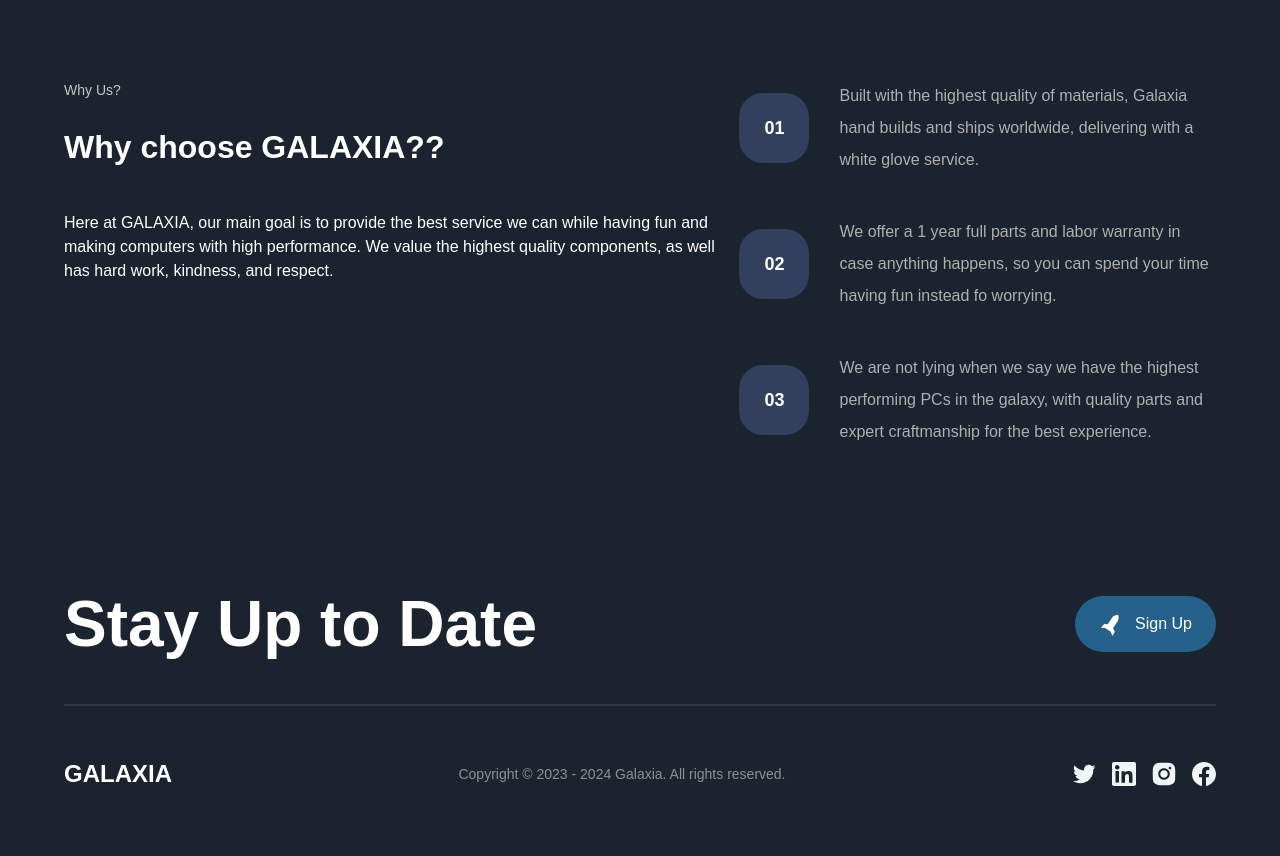
Repository: kaitlynlie/galaxia_pcs
Page: /
The author's editor kept a copy of each file at every save. The page is drawn from the files as they stood at one save, then again after a run of saves.
The browser window is 1280 px wide. The pictures show the part of the page from y = 2754 to 3610 px (the page is 3610 px tall).
Some web fonts or font styles are not loaded; a fallback is used. The project was rebuilt for these pictures with package versions that can differ from the ones it lists, and the page was loaded fresh each time. Also part of the build but not shown: vite.config.js, components/PCcard.jsx, sections/Neptune.jsx, sections/Jupiter.jsx, sections/People.jsx, src/assets/index.js, sections/Video.jsx, sections/Program.jsx and 4 more. Imported but missing from the stored project, and not drawn on this page: src/assets/video.mp4.

Above is the page before, as saved 2023-08-09 19:30:28.

### index.html
<!DOCTYPE html>
<html lang="en">
  <head>
    <style>
      /* WebKit-based browsers (Chrome, Safari) */
      ::-webkit-scrollbar {
        width: 12px;
      }

      ::-webkit-scrollbar-track {
        background-color: #606060; /* Adjust the background color */
      }

      ::-webkit-scrollbar-thumb {
        background-color: #25618b; /* Adjust the thumb color */
        border-radius: 6px;
      }
    </style>
    <meta charset="UTF-8" />
    <link rel="icon" type="image/svg+xml" href="/logo.svg" />
    <link rel="preconnect" href="https://stijndv.com" />
    <link rel="stylesheet" href="https://stijndv.com/fonts/Eudoxus-Sans.css" />
    <meta name="viewport" content="width=device-width, initial-scale=1.0" />
    <title>GALAXIA</title>
  </head>
  <body>
    <div id="root"></div>
    <script type="module" src="/src/main.jsx"></script>
  </body>
</html>

### src/main.jsx
import React from 'react'
import App from './App.jsx'
import ReactDOM from 'react-dom';
import { BrowserRouter } from 'react-router-dom';


ReactDOM.render(
  <BrowserRouter>
    <App />
  </BrowserRouter>,
  document.getElementById('root'),
);

### src/App.jsx
import Navbar from '../components/Navbar'
import Home from '../pages/Home'
import Community from '../pages/Community'
import Creator from '../pages/Creator'
import PCs from '../pages/PCs'
import { Route, Routes } from 'react-router-dom'
import React from 'react'
import '../styles/globals.css'

function App() {

  return (
    <>
    <div className='bg-primary-black overflow-hidden'>
      <img
            src='./stars.png'
            alt='stars'
            className="z-0 absolute w-screen h-screen object-cover object-center opacity-50"
      />
      <Navbar />
      <Routes>
        <Route index path="/" element={<Home />} />
        <Route path="pc" element={<PCs />} />
        <Route path="community" element={<Community />} />
        <Route path="creator" element={<Creator />} />
      </Routes>
     </div>
    </>
  )
}

export default App

### components/Navbar.jsx
import { motion } from "framer-motion";
import styles from '../styles'
import { navVariants, textVariant } from '../utils/motion'
import { useState } from "react";
import { RiMenu3Line, RiCloseLine } from 'react-icons/ri';
import { Link } from 'react-router-dom'
import React from 'react'

const Navbar = () => {
  const [toggleMenu, setToggleMenu] = useState(false);

  const [nav, setNav] = useState(false);

  const openNav = () => {
    setNav(!nav);
  };

  return(
   <motion.nav
    variants={navVariants}
    initial="show"
    whileInView="show"
    viewport={{ once: false, amount: 0.25 }}
    className={`${styles.xPaddings} py-8 relative`}
  >
    <div className={`${styles.innerWidth} mx-auto flex justify-between gap-8 inline-block`}>
      <div className="flex flex-row gap-4 z-10">
        <img
          src='./logo.svg'
          alt='logo'
          />
          <Link onClick={openNav} to="/"><motion.h1 variants={textVariant(1.1)} className="flex text-white font-bold text-[24px] z-10">
            <a>GALAXIA</a>
          </motion.h1></Link>
      </div>

      <ul className='flex justify-center items-center text-white max-[880px]:hidden block z-10'>
        <Link onClick={openNav} to='/pc'><li className="mr-12"><a>Gaming PCs</a></li></Link>
        <Link onClick={openNav} to='/community'><li className="mr-12"><a>Community</a></li></Link>
        <Link onClick={openNav} to='/creator'><li><a>Creator Program</a></li></Link>
      </ul>

      <div className="relative ml-1 pointer max-[880px]:block hidden z-10">
        {toggleMenu
          ? <RiCloseLine color="#fff" size={27} onClick={() => setToggleMenu(false)} />
          : <RiMenu3Line color="#fff" size={27} onClick={() => setToggleMenu(true)} />}
        {toggleMenu && (
        <div className="flex justify-end items-end flex-col text-end bg-[#026884ce] p-3 absolute top-[40px] right-[10px] mt-1 rounded-[5px] shadow z-10">
          <div className="none">
            <ul className='flex justify-end items-end flex-col text-white text-end p-1'>
              <Link onClick={openNav} to='/pc'><li><a>Gaming PCs</a></li></Link>
              <Link onClick={openNav} to='/community'><li className="mt-2 pointer"><a>Community</a></li></Link>
              <Link onClick={openNav} to='/creator'><li className="mt-2 pointer"><a>Creator Program</a></li></Link>
            </ul>
          </div>
        </div>
        )}
        </div>

        <div className="flex flex-row gap-4 items-center max-[880px]:hidden block">
        <img
          src='./user.svg'
          alt='user'
        />
        <img
          src='./cart.svg'
          alt='cart'
        />
      </div>
      </div>

  </motion.nav>
  );
};

export default Navbar;

### pages/Home.jsx
import { Footer, Navbar } from '../components';
import { Triton, Neptune, Jupiter, Hero, WhyUs, Member } from '../sections';
import React from 'react'
import PickPC from '../sections/PickPC';

const Home = () => (
  <div className='bg-primary-black overflow-hidden'>
        {/* <img
          src='./stars.png'
          alt='stars'
          className="z-0 absolute w-screen h-screen object-cover object-center opacity-50"
    /> */}
    <Hero />
    <div className='relative'>
      <Triton />
      {/* <div className='gradient-03 z-0' /> */}
      <PickPC />
      <Member />
      {/* <Neptune /> */}
    </div>
    <div className='relative'>
      {/* <Jupiter /> */}
    </div>
    <div className='relative'>
      <WhyUs />
      {/* <div className='gradient-04 z-0' /> */}
      <Footer />
    </div>
  </div>
);

export default Home;

### styles/globals.css
@import "tailwindcss/base";

@import "tailwindcss/components";

@import "tailwindcss/utilities";

* {
  margin: 0;
  padding: 0;
  box-sizing: border-box;
  font-family: "Eudoxus Sans", sans-serif;
  scroll-behavior: smooth;
}

.gradient-01 {
  background-image: linear-gradient(
    270deg,
    hsl(295deg 76% 51%) 0%,
    hsl(284deg 70% 73%) 26%,
    hsl(257deg 70% 86%) 39%,
    hsl(202deg 92% 90%) 50%,
    hsl(215deg 77% 81%) 61%,
    hsl(221deg 73% 70%) 74%,
    hsl(220deg 76% 51%) 100%
  );
  filter: blur(125px);
}

.hero-gradient {
  background: linear-gradient(
    97.86deg,
    #a509ff 0%,
    #34acc7 53.65%,
    #a134c7 100%
  );
}

.gradient-02 {
  position: absolute;
  width: 200px;
  height: 438px;
  top: 0px;
  right: 0px;

  background: #7aebfb;
  filter: blur(190px);
}

.glassmorphism {
  background: rgba(255, 255, 255, 0.25);
  box-shadow: 0 8px 32px 0 rgba(31, 38, 135, 0.37);
  backdrop-filter: blur(4px);
  -webkit-backdrop-filter: blur(4px);
  border: 1px solid rgba(255, 255, 255, 0.18);
}

.gradient-03 {
  position: absolute;
  width: 404px;
  height: 800px;
  left: 20%;
  top: 5%;

  background: rgba(149, 66, 232, 0.35);
  filter: blur(175px);
  transform: rotate(-114.2deg);
}

.gradient-04 {
  position: absolute;
  width: 304px;
  height: 100vh;
  left: 30%;
  top: 10%;

  background: rgba(45, 72, 152, 0.75);
  filter: blur(200px);
  transform: rotate(-53.13deg);
}

.gradient-05 {
  background: linear-gradient(
    180deg,
    rgba(255, 255, 255, 0.04) 0%,
    rgba(255, 255, 255, 0) 100%
  );
}

.feedback-gradient {
  position: absolute;
  width: 200px;
  height: 316px;
  left: 0px;
  top: 0px;

  background: #8d39a3;
  filter: blur(175px);
}

.footer-gradient {
  position: absolute;
  width: 500px;
  height: 100px;
  left: 37%;
  bottom: 0;

  background: #65c4fa;
  filter: blur(150px);
}

.object {
  animation: MoveUpDown 4s linear infinite;
  position: relative;
  left: 0;
  bottom: 0;
}

@keyframes MoveUpDown {
  0%, 100% {
    bottom: 0;
  }
  50% {
    bottom: 100px;
  }
}

### components/CustomTexts.jsx
'use client';

import { motion } from "framer-motion";
import { textContainer, textVariant2 } from '../utils/motion'

export const TypingText = ({ title, textStyles}) => (
  <motion.p
    variants={textContainer}
    className={`font-normal text-[14px] text-secondary-white ${textStyles}`}
  >
    {Array.from(title).map((letter, index) => (
      <motion.span variants={textVariant2} key={index}>
        {letter === ' ' ? '\u00A0' : letter}
      </motion.span>
    ))}
  </motion.p>
);

export const TitleText = ({ title, textStyles}) => (
  <motion.h2
    variants={textVariant2}
    initial='hidden'
    whileInView='show'
    className={`mt-[22px] font-bold text-[32px] text-white ${textStyles}`}>
      {title}
  </motion.h2>
);

### components/WhyFeatures.jsx
import styles from "../styles";

const WhyFeatures = ({ number, subtitle
}) => (
  <div className={`${styles.flexCenter} flex-row`}>
    <div className={`${styles.flexCenter} w-[70px] h-[70px] rounded-[24px] bg-[#323f5d]`}>
      <p className="font-bold text-[18px] text-white">0{number}</p>
    </div>
    <p className="flex-1 ml-[30px] font-normal text-[16px] text-[#B0B0B0] leading-[32px]">{subtitle}</p>
  </div>
);

export default WhyFeatures;

### components/Footer.jsx
'use client';
import { motion } from "framer-motion";
import { socials } from "../constants";
import styles from "../styles";
import { footerVariants } from "../utils/motion";

const Footer = () => (
  <motion.footer
    variants={footerVariants}
    initial='show'
    whileInView='show'
    viewport={{ once: true, amount: 0.25 }}
    className={`${styles.paddings} py-8 relative`}>
    {/* <div className="footer-gradient" /> */}
    <div className={`${styles.innerWidth} mx-auto flex flex-col gap-8`}>
      <div className="flex items-center sm:justify-between flex-wrap gap-5">
        <h4 className="font-bold md:text-[64px] text-[44px] text-white">Stay Up to Date</h4>
        <button type="button" className="flex items-center h-fit py-4 px-6 bg-[#25618b] rounded-[32px] gap-[12px]">
          <img src='/logo.svg' alt='logo' className="w-[24px] h-[24px] object-contains"/>
          <span className="font-normal text-[16px] text-white">Sign Up</span>
        </button>
      </div>

      <div className="flex flex-col">
        <div className="mb-[50px] h-[2px] bg-white opacity-10"/>
        <div className="flex items-center justify-between flex-wrap gap-4">
          <h4 className="font-extrabold text-[24px] text-white">GALAXIA</h4>
          <p className="font-normal text-[14px] text-white opacity-50">
          Copyright © 2023 - 2024 Galaxia. All rights reserved.
          </p>
          <div className="flex gap-4">
            {socials.map((social) => (
              <img
                key={social.name}
                src={social.url}
                alt={social.name}
                className="w-[24px] h-[24px] object-contain cursor-pointer" />
            ))}
          </div>
        </div>
      </div>
    </div>
  </motion.footer>
);

export default Footer;

### components/Button.jsx
'use client';

const Button = () => (
    <button
    type="button"
    className="flex w-[127px] font-bold h-[44px] mt-[22px] items-center justify-center gap-[12px] bg-[#25618B] text-white text-[16px] rounded-[32px] pointer tracking-[0.08px] shrink-0 shadow-md transition-transform duration-300 hover:scale-105 hover:shadow-lg"
  >ADD TO CART
</button>
  );

  export default Button;

### sections/Hero.jsx
'use client';

import { motion } from "framer-motion";
import styles from '../styles';
import { slideIn, staggerContainer, fadeIn } from '../utils/motion'
import { TypingText, Button } from '../components'

const Hero = () => (
  <section className={`${styles.topPaddings} ${styles.xPaddings} flex flex-row items-center justify-center mt-10`}>
    <motion.div
      variants={fadeIn('up', 'tween', 0.2, 1)}
      initial="hidden"
      whileInView="show"
      viewport={{ once: true, amount: 0.25 }}
      className={`${styles.innerWidth} flex-col relative w-full flex justify-between items-center z-0`}
    >
      <div className="absolute z-0"/>
      <img
        src="/pc1.png"
        alt="pc"
        className="object z-10 sm:w-[357px] sm:h-[420px] w-[281px] h-[336px] relative mt-24 z-10"
      />
    </motion.div>

      <motion.div
        variants={staggerContainer}
        initial='hidden'
        whileInView='show'
        viewport={{ once: true, amount: 0.25}}
        className={`${styles.innerWidth} ${styles.xPaddings} md:px-[100px] max-[1000px]:hidden block mb-0 items-center z-10`}>
          <TypingText title='FEATURED' textStyles='text-start' />
          <motion.div
            variants={fadeIn('up', 'tween', 0.2, 1)}
            viewport={{ once: true, amount: 0.25}}
            className="mt-[8px] font-normal text-start text-secondary-white mt-9 flex-col flex flex-center">
              <span className="font-extrabold text-white sm:text-[32px] text-[20px]">TRITON </span>
              <p className="text-[20px] text-white">Triton, dedicated to users who want to travel past gaming experiences, uses high level components on the cutting edge of computers. Bold, beautiful, and a new reality for all users.</p>
          </motion.div>

          <motion.div
            variants={fadeIn('up', 'tween', 0.3, 1)}
            className="flex flex-col justify-between">
            <div className="flex flex-col justify-start items-start max-[880px]:flex-row mt-[38px]">
              <div className="flex flex-row justify-center items-center">
               <img
                src="/core.svg"
                alt="core"
                className="w-[37px] h-[37px] mt-[23px] justify-center items-center" />
                <p className="text-[20px] mt-[23px] ml-[19px] text-white">Earth Core e2-1023</p>
              </div>
              <div className="flex flex-row justify-center items-center">
               <img
                src="/card.svg"
                alt="card"
                className="w-[37px] h-[37px] mt-[23px] justify-start items-center" />
                <p className="text-[20px] mt-[23px] ml-[19px] text-white">KForce MTX 2390 Ti 12GB</p>
              </div>
            </div>

            <div className="flex flex-col justify-start items-start max-[880px]:items-center mt-[38px]">
              <div className="flex flex-row justify-between items-center">
                <p className="text-[20px] mt-[23px] text-white leading-9">$1,599.99 USD</p>
                <p className="text-[15px] mt-[23px] text-white line-through leading-[27px] ml-1">$1,999.99 USD</p>
              </div>
              <div className="flex flex-row justify-center items-center max-[880px]:flex-col">
                <Button />
              </div>
            </div>

          </motion.div>
      </motion.div>
  </section>
);

export default Hero;

### sections/Triton.jsx
'use client';

import { motion } from "framer-motion";
import { TypingText, Button } from '../components'
import styles from '../styles';
import { fadeIn, staggerContainer } from '../utils/motion';

const Triton = () => (
  <section className={`${styles.xPaddings} relative z-10 py-8`}>
      <motion.div
        variants={staggerContainer}
        initial='hidden'
        whileInView='show'
        viewport={{ once: true, amount: 0.25}}
        className={`${styles.innerWidth} mx-auto md:px-[100px] max-[1000px]:block hidden`}>
          <TypingText title='FEATURED' textStyles='text-center' />
          <motion.div
            variants={fadeIn('up', 'tween', 0.2, 1)}
            viewport={{ once: true, amount: 0.25}}
            className="mt-[8px] font-normal text-center text-secondary-white mt-9 ${styles.flexCenter} flex-col">
              <span className="font-extrabold text-white sm:text-[32px] text-[20px]">TRITON </span>
              <p className="text-[20px] text-white">Triton, dedicated to users who want to travel past gaming experiences, uses high level components on the cutting edge of computers. Bold, beautiful, and a new reality for all users.</p>
          </motion.div>

          <motion.div
            variants={fadeIn('up', 'tween', 0.3, 1)}
            className="flex flex-row max-[880px]:flex-col justify-between max-[880px]:items-center">


            <div className="flex flex-col justify-start items-start max-[880px]:items-center mt-[38px]">
              <div className="flex flex-row justify-center items-center">
               <img
                src="/core.svg"
                alt="core"
                className="w-[37px] h-[37px] mt-[23px] justify-center items-center" />
                <p className="text-[20px] mt-[23px] ml-[19px] text-white">Earth Core e2-1023</p>
              </div>
              <div className="flex flex-row justify-center items-center">
               <img
                src="/card.svg"
                alt="card"
                className="w-[37px] h-[37px] mt-[23px] justify-start items-center" />
                <p className="text-[20px] mt-[23px] ml-[19px] text-white">KForce MTX 2390 Ti 12GB</p>
              </div>
            </div>

            <div className="flex flex-col justify-start items-start max-[880px]:items-center mt-[38px]">
              <div className="flex flex-row justify-between items-center">
                <p className="text-[20px] mt-[23px] text-white leading-9">$1,599.99 USD</p>
                <p className="text-[15px] mt-[23px] text-white line-through leading-[27px] ml-1">$1,999.99 USD</p>
              </div>
              <div className="flex flex-row justify-center items-center max-[880px]:flex-col">
                <Button />
              </div>
            </div>

          </motion.div>
      </motion.div>
  </section>
);

export default Triton;

### sections/WhyUs.jsx
'use client';

import { motion } from "framer-motion";
import { TypingText, WhyFeatures, TitleText } from '../components'
import styles from '../styles';
import { staggerContainer, fadeIn, planetVariants } from '../utils/motion';
import { whyUs } from '../constants'

const GetStarted = () => (
  <section className={`${styles.paddings} relative z-10 flex justify-center items-center`}>
    <div className={`${styles.innerWidth} mx-auto flex flex-col justify-between items-center`}>
        <img src='./whyus.png'
              alt='why us'
              className="h-[600px] w-[600px] mb-20"
        />

        <div
          className="flex justify-around gap-[20px] w-[100%]">
            <div className="flex flex-col">
              <TypingText title="Why Us?" />
              <TitleText title={<>Why choose GALAXIA??</>} />
              <p className="text-white mt-10">Here at GALAXIA, our main goal is to provide the best service we can while having fun and making computers with high performance. We value the highest quality components, as well has hard work, kindness, and respect.</p>
            </div>

            <div className="flex flex-col gap-10">
              {whyUs.map((feature) => (
              <WhyFeatures key={feature.subtitle} {...feature} />
                ))}
            </div>
          </div>

    </div>
  </section>
);

export default GetStarted;

### sections/Member.jsx
import React from 'react'
import { TypingText } from '../components'
import styles from '../styles'

const Member = () => {
  return (
    <section className={`${styles.xPaddings} relative z-10 py-20 flex flex-col justify-center items-center mt-10 bg-[url('banner.jpeg')]`}>
      <div className={`${styles.innerWidth} md:px-[100px] mb-0 items-center flex-col flex justify-center`}>
          <TypingText title='ONE OF US' textStyles='text-center' />
          <div className="font-normal text-center text-secondary-white mt-10 flex-col flex flex-center items-center justify-center">
              <span className="font-extrabold text-white sm:text-[32px] text-[20px]">Interested in joining the GALAXIA Creator Program?</span>
              <p className="text-[20px] text-white">We would love to work with creators to empower those who are stars in making or are already shining! We focus on making items that we find interesting and would love to work with creators that do the same.</p>
            <button
                type="button"
                className="flex w-[127px] h-[44px] mt-[22px] items-center justify-center gap-[12px] bg-[#25618B] text-white text-[16px] rounded-[32px] pointer tracking-[0.08px] shrink-0 shadow-md transition-transform duration-300 hover:scale-105 hover:shadow-lg"
                >APPLY NOW
            </button>
        </div>
        </div>
        </section>
  )
}

export default Member

Loaded but not shown: utils/motion.js (161 lines, source omitted); constants/index.js (90 lines, source omitted); styles/index.js (23 lines, source omitted); tailwind.config.js (24 lines, source omitted); sections/index.js (21 lines, source omitted); components/index.js (16 lines, source omitted); sections/PickPC.jsx (223 lines, source omitted)

After the next 3 saves:
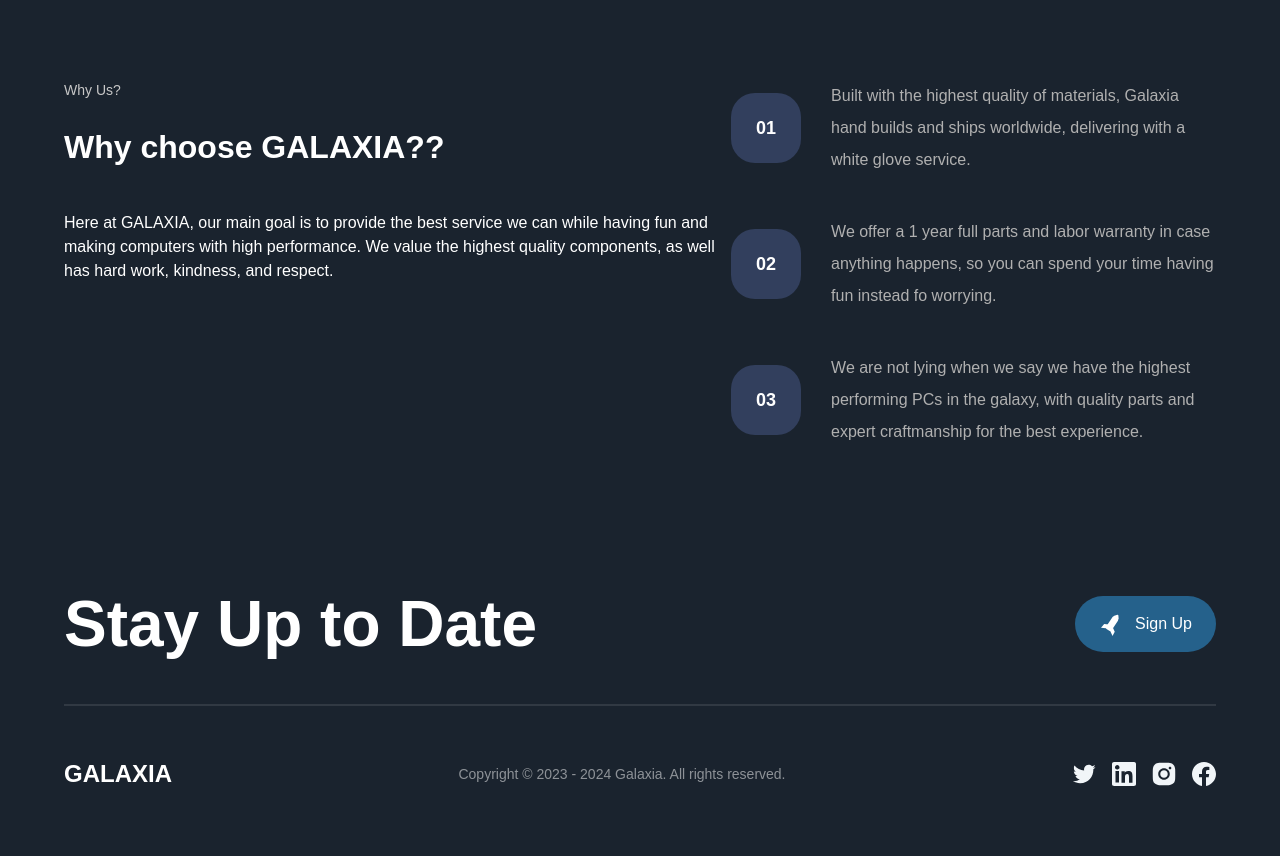
The 3 saves are shown as one change because they came seconds apart.
The last was saved 11 s later.
--- a/sections/WhyUs.jsx
+++ b/sections/WhyUs.jsx
@@ -15,7 +15,7 @@
         />
 
         <div
-          className="flex justify-around gap-[20px] w-[100%]">
+          className="flex justify-around">
             <div className="flex flex-col">
               <TypingText title="Why Us?" />
               <TitleText title={<>Why choose GALAXIA??</>} />
